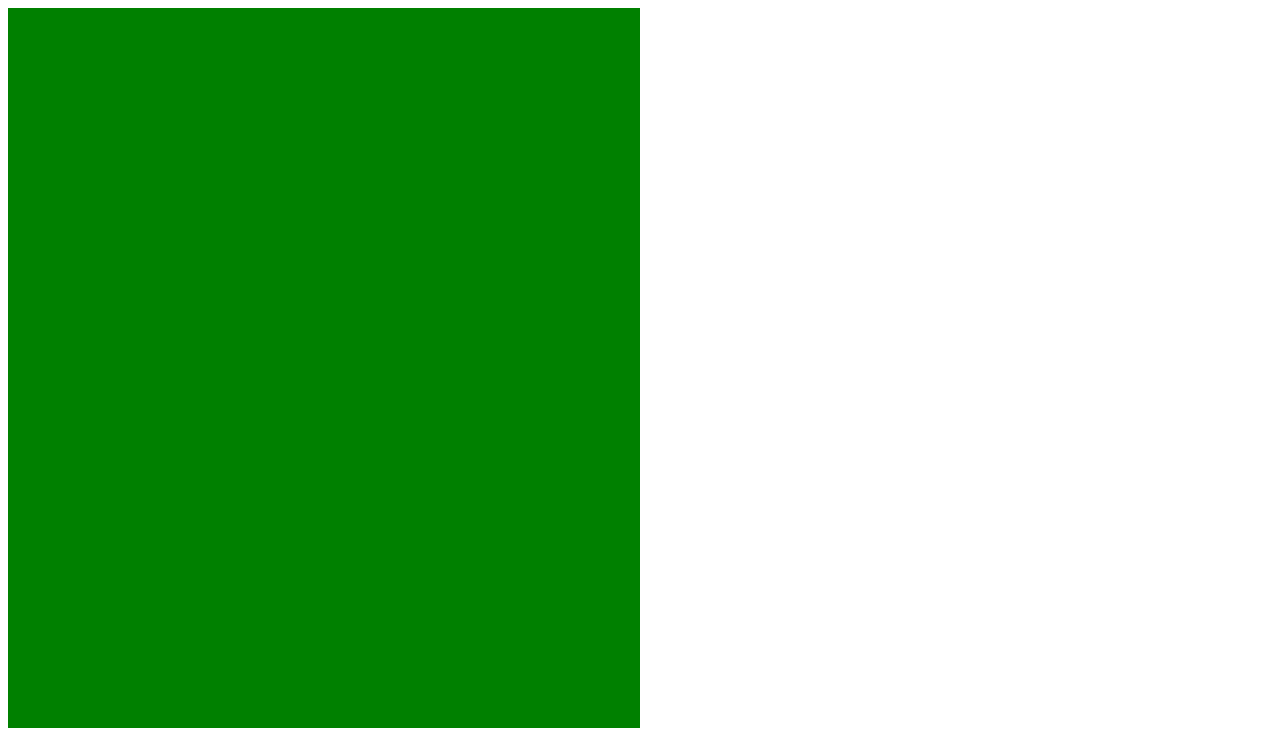
Repository: Chintan-elite/Java_Shail
Page: Learning_web/src/main/webapp/demo.html
An editor plug-in stored every save of this project. The page is shown before and after the next save, followed by the edit.
The browser window is 1280 px wide. The pictures show the whole page.

Above is the page before, as saved 2023-09-13 11:53:31.

After the next save:
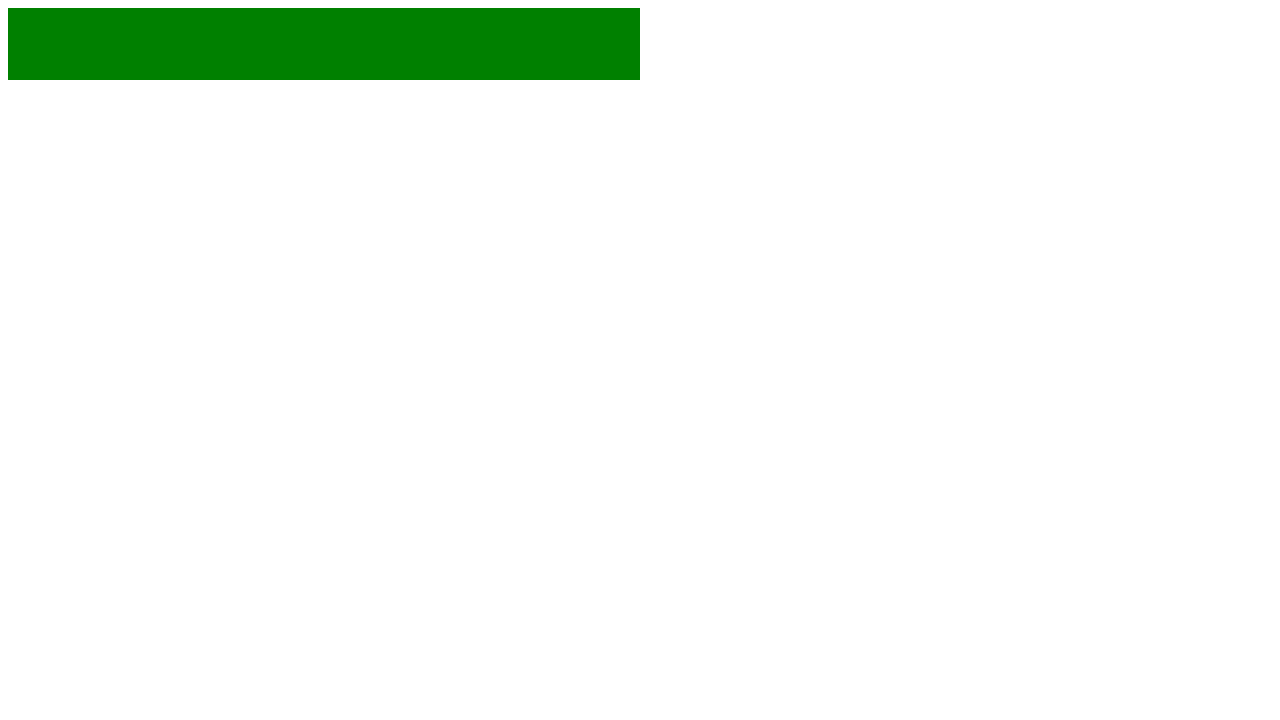
Saved 9 s later.
--- a/Learning_web/src/main/webapp/css/style.css
+++ b/Learning_web/src/main/webapp/css/style.css
@@ -4,5 +4,5 @@
 {
 	background-color:green;
 	width: 50%;
-	height: 100vh;
+	height: 10vh;
 }
